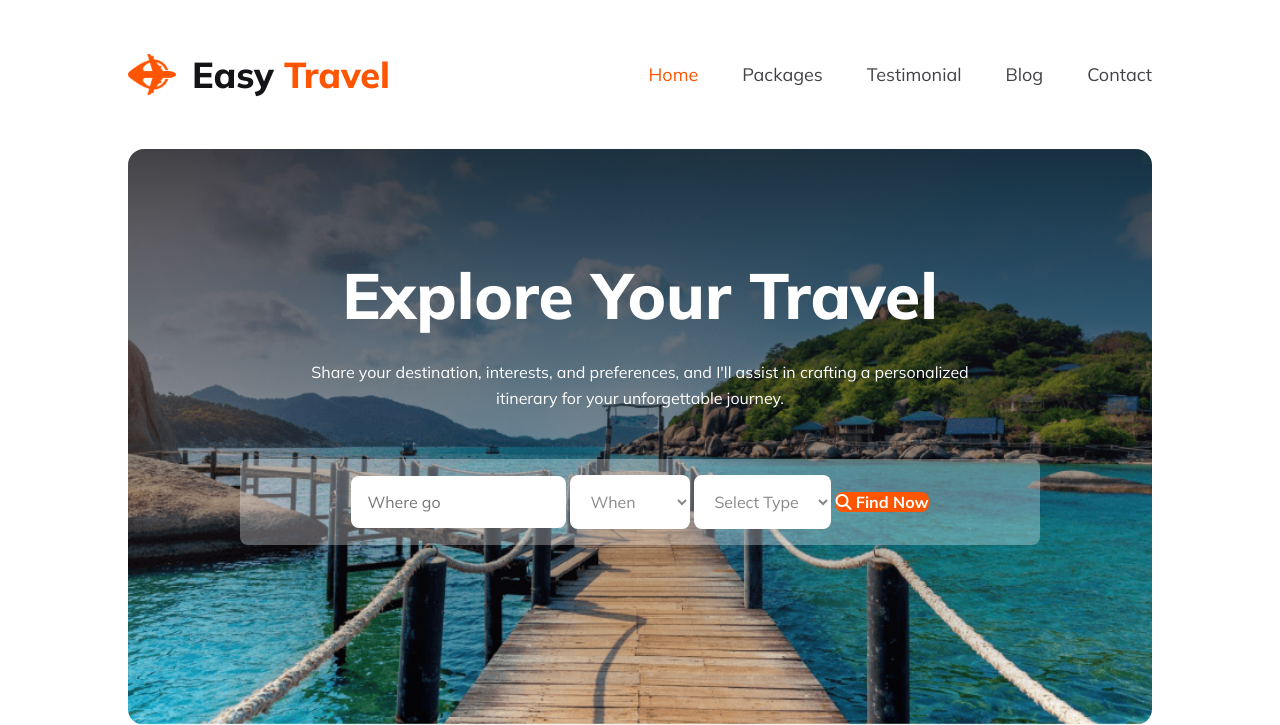
Repository: ShouravAhammed/Assignment-2
Page: index.html
An editor plug-in stored every save of this project. The page is shown before and after the next save, followed by the edit.
The browser window is 1280 px wide. The pictures show the whole page.
Some web libraries are served in a nearby version.

Above is the page before, as saved 2024-01-16 03:28:16.

After the next save:
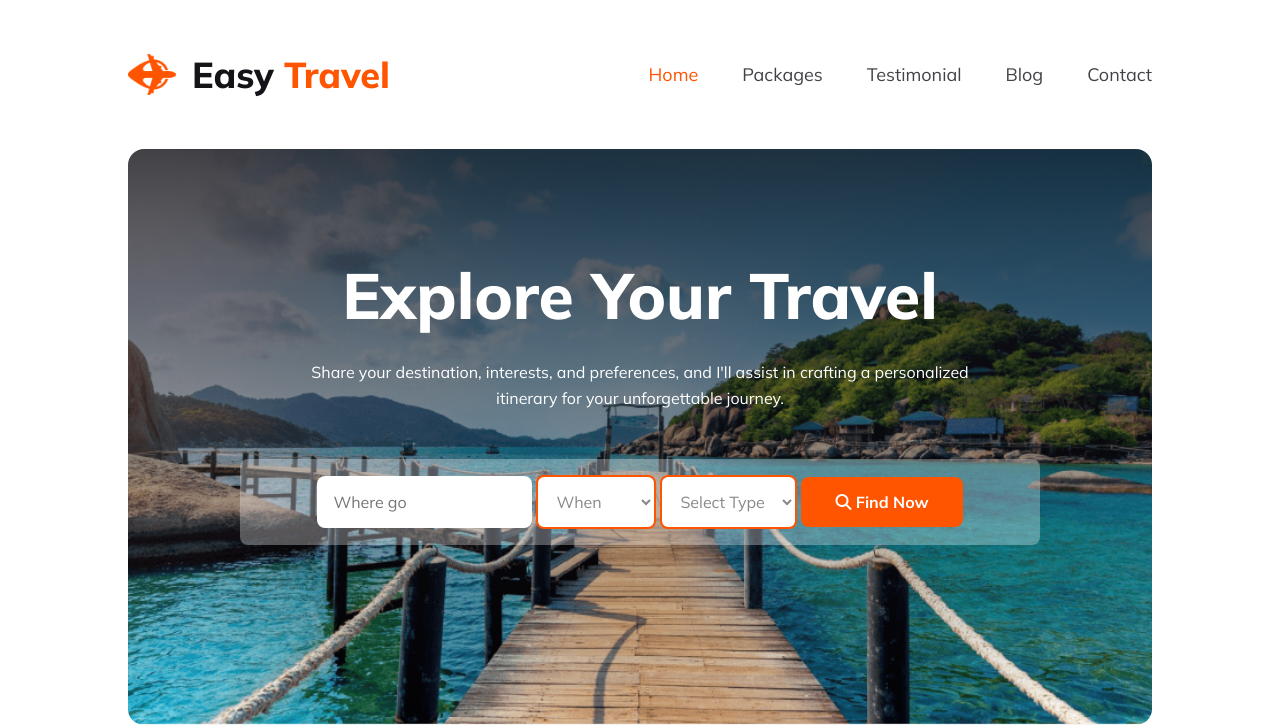
Saved 4 min 4 s later.
--- a/styles/style.css
+++ b/styles/style.css
@@ -114,15 +114,22 @@
     margin: 0 auto;
     text-align: center;
 }
-.banner-form input, select{
+.banner-form input, .banner-form select{
     color: rgba(19, 19, 24, 0.50);
     border-radius: 8px;
     background: #FFF;
     font-family: Mulish;
     font-size: 1rem;
     font-weight: 400;
-    padding: 16px;
-    border: none;
+    padding: 14px;
+    border: 2px solid transparent;
+    transition: all ease 0.5s;
+}
+.banner-form input:hover{
+    border: 2px solid var(--primary-color);
+}
+.banner-form select{
+    border: 2px solid var(--primary-color);
 }
 .primary-btn{
     color: #FFF;
@@ -132,6 +139,8 @@
     border-radius: 8px;
     background: #FF5400;
     border: none;
+    padding: 15px 34px;
+    border:  transparent;
 }
 
 
